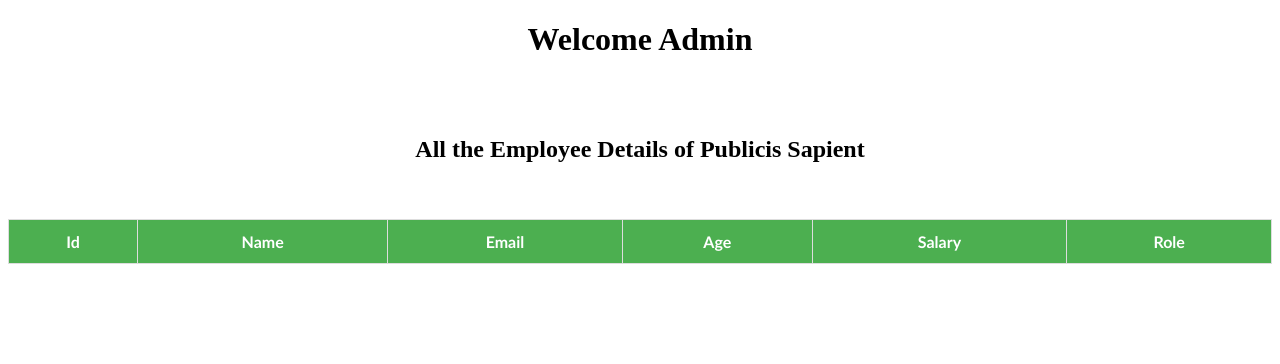
Repository: elizasharon/sprint-3-back-end
Page: http://localhost/SpringMVC2.0/WEB-INF/views/admin.jsp
An editor plug-in stored every save of this project. The page is shown before and after the next save, followed by the edit.
The browser window is 1280 px wide. The pictures show the whole page.
The page is served by Tomcat 9. Nobody is signed in. Other server files are loaded and not shown. The template is opened directly, without the code that normally fills it, so the values that code supplies are empty.

Above is the page before, as saved 2019-07-17 04:00:03.

### Java_Eclipse_Workspace/SpringMVC2.0/src/main/webapp/WEB-INF/views/admin.jsp
<%@ page language="java" contentType="text/html; charset=UTF-8"
    pageEncoding="UTF-8" isELIgnored="false" %>
<!DOCTYPE html>
<html>
<head>
<meta charset="UTF-8">
<title>Admin Page</title>
<style>
/* Set a style for all buttons */
button {
text-align:center;
  background-color: #4CAF50;
  color: white;
  padding: 10px 0;
  margin: 8px 0;
  border: none;
  cursor: pointer;
  width: 60%;
  opacity: 0.9;
}

button:hover {
  opacity:1;
}

/* Float cancel and signup buttons and add an equal width */
.signupbtn {
  width: 10%;
}

/* Add padding to container elements */
.container {
  padding: 16px;
}

/* Clear floats */
.clearfix::after {
  content: "";
  clear: both;
  display: table;
}
#employee {
  font-family: "Trebuchet MS", Arial, Helvetica, sans-serif;
  border-collapse: collapse;
  width: 100%;
}

#employee td, #employee th {
  border: 1px solid #ddd;
  padding: 8px;
}

#employee tr:nth-child(even){background-color: #f2f2f2;}

#employee tr:hover {background-color: #ddd;}

#employee th {
  padding-top: 12px;
  padding-bottom: 12px;
  text-align: center;
  background-color: #4CAF50;
  color: white;
}
</style>
</head>
<body style="text-align:center;">
	<%@ taglib prefix="c" uri="http://java.sun.com/jsp/jstl/core" %>

<h1>Welcome Admin</h1>
<br><br>
	<h2>All the Employee Details of Publicis Sapient</h2>
	<br>
	<br>
	<table border="1" style="margin-left: auto; margin-right: auto;" id="employee">
		<tr>
			<th>Id</th>
			<th>Name</th>
			<th>Email</th>
			<th>Age</th>
			<th>Salary</th>
			<th>Role</th>
		</tr>
		<c:forEach items="${emplist}" var="emp">
			<tr>
				<td>${emp.id}</td>
				<td>${emp.name}</td>
				<td>${emp.email}</td>
				<td>${emp.age}</td>
				<td>${emp.salary}</td>
				<td>${emp.role}</td>
			</tr>
		</c:forEach>
	</table>
	<br>
	 <div class="clearfix">

    </div>

</body>
</html>

After the next save:
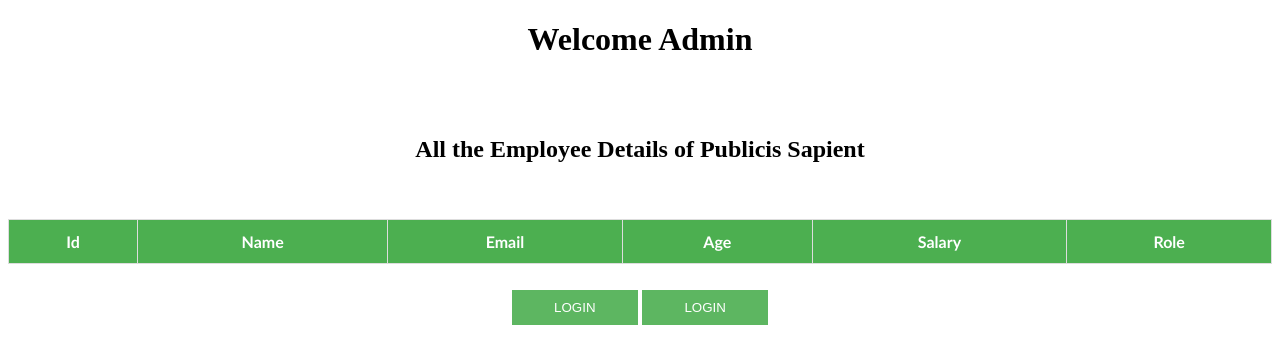
Saved 51 s later.
--- a/Java_Eclipse_Workspace/SpringMVC2.0/src/main/webapp/WEB-INF/views/admin.jsp
+++ b/Java_Eclipse_Workspace/SpringMVC2.0/src/main/webapp/WEB-INF/views/admin.jsp
@@ -93,7 +93,8 @@
 	</table>
 	<br>
 	 <div class="clearfix">
-
+  		<a href="login"><button type="button" class="signupbtn">LOGIN</button></a>
+   		<a href="login"><button type="button" class="signupbtn">LOGIN</button></a>
     </div>
 
 </body>
